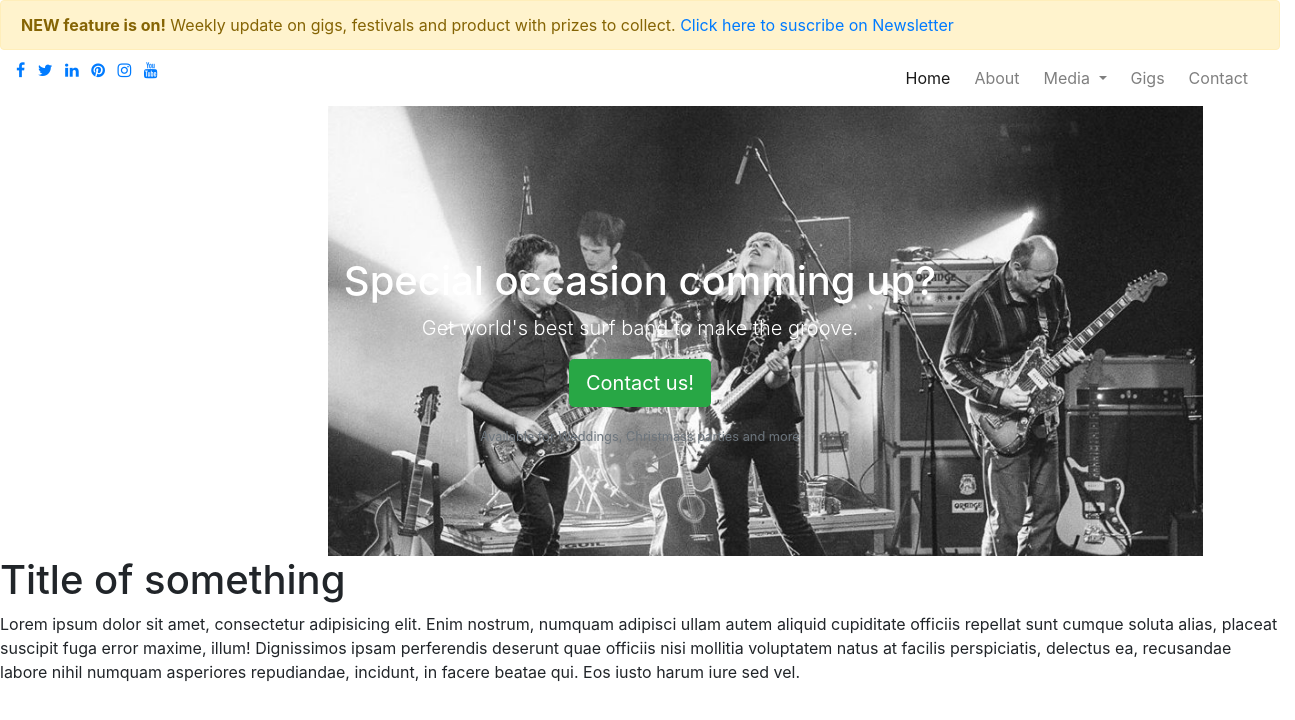
Repository: NamcorStudent/Stream_1_Project_HTML5-CSS3
Page: index.html
The author's editor kept a record of every edit. The page is drawn from the files as they stood at one moment, then again after the next edit.
The browser window is 1280 px wide. The page is 1295 px wide, so the pictures cover 1295 px, including what lies to the right of the window. The pictures show the whole page.
Some web libraries are served in a nearby version.

Above is the page before.

### index.html
<!DOCTYPE html>
<html lang="en">

<head>
    <meta charset="UTF-8">
    <meta name="viewport" content="width=device-width, initial-scale=1.0">
    <meta http-equiv="X-UA-Compatible" content="ie=edge">
    <link rel="stylesheet" href="https://maxcdn.bootstrapcdn.com/bootstrap/4.2.1/css/bootstrap.min.css" type="text/css" />
    <link rel="stylesheet" href="https://maxcdn.bootstrapcdn.com/font-awesome/4.7.0/css/font-awesome.min.css" type="text/css" />
    <link rel="stylesheet" href="assets/css/style.css" type="text/css" />
    <title>The Bambi Molesters | Official</title>
</head>

<body>
    <!--Alert for subscription-->
    <div class="container-fluid alert-container">
        <div class="row d-none d-sm-block">
            <div class="col-12">
                <div class="alert alert-warning">
                    <strong>NEW feature is on!</strong> Weekly update on gigs, festivals and product with prizes to collect. <a href="#" data-toggle="modal" data-target="#signUpModal">Click here to suscribe on Newsletter</a>
                </div>
            </div>
        </div>
    </div>
    <!--Nav-->
    <nav class="navbar navbar-light navbar-expand-sm ">
        <div class="social-links mr-auto">
            <ul class="list-inline social-links">
                <li class="list-inline-item">
                    <a target="_blank" href="#">
                            <i class="fa fa-facebook" aria-hidden="true"></i>
                            <span class="sr-only">Facebook</span>
                        </a>
                </li>
                <li class="list-inline-item">
                    <a target="_blank" href="#">
                            <i class="fa fa-twitter" aria-hidden="true"></i>
                            <span class="sr-only">Twitter</span>
                        </a>
                </li>
                <li class="list-inline-item">
                    <a target="_blank" href="#">
                            <i class="fa fa-linkedin" aria-hidden="true"></i>
                            <span class="sr-only">LinkedIn</span>
                        </a>
                </li>
                <li class="list-inline-item">
                    <a target="_blank" href="#">
                            <i class="fa fa-pinterest" aria-hidden="true"></i>
                            <span class="sr-only">Pinterest</span>
                        </a>
                </li>
                <li class="list-inline-item">
                    <a target="_blank" href="#">
                            <i class="fa fa-instagram" aria-hidden="true"></i>
                            <span class="sr-only">Instagram</span>
                        </a>
                </li>
                <li class="list-inline-item">
                    <a target="_blank" href="#">
                            <i class="fa fa-youtube" aria-hidden="true"></i>
                            <span class="sr-only">YouTube</span>
                        </a>
                </li>
            </ul>
        </div>
        <button class="navbar-toggler" type="button" data-toggle="collapse" data-target="#navbarTogglerDropdown" aria-controls="navbarTogglerDemo02" aria-expanded="false" aria-label="Toggle navigation">
            <span class="navbar-toggler-icon"></span>
            </button>

        <div class="collapse navbar-collapse" id="navbarTogglerDropdown">
            <ul class="navbar-nav ml-auto">
                <li class="active nav-item mr-2"><a class="nav-link" href="/">Home</a></li>
                <li class="nav-item mr-2"><a class="nav-link" href="">About</a></li>
                <li class="nav-item dropdown mr-2">
                    <a class="nav-link dropdown-toggle" href="#" id="navbarDropdownMenuLink" role="button" data-toggle="dropdown" aria-haspopup="true" aria-expanded="false">
          Media
        </a>
                    <div class="dropdown-menu" aria-labelledby="navbarDropdownMenuLink">
                        <a class="dropdown-item" href="#">Video</a>
                        <a class="dropdown-item" href="#">Music</a>
                        <a class="dropdown-item" href="#">Gallery</a>
                    </div>
                </li>
                <li class="nav-item mr-2"><a class="nav-link" href="">Gigs</a></li>
                <li class="nav-item mr-2"><a class="nav-link" href="">Contact</a></li>
                <li class="nav-item mr-2 d-block d-sm-none"><a class="nav-link" href="#" data-toggle="modal" data-target="#signUpModal">Suscribe!!!</a></li>
            </ul>
        </div>
    </nav>


    <!-- Callout -->
    <div class="container-fluid callout-container">

        <div class="row">
            <div class="col-12 hero-image">
                <img src="assets/images/index960x640.jpg"></img>
            </div>
            <div class=" col-12 callout jumbotron text-center">
                <h1>Special occasion comming up?</h1>
                <p class="lead">Get world's best surf band to make the groove.</p>
                <p><button class="btn btn-lg btn-success" data-toggle="modal" data-target="#signUpModal">Contact us!</button></p>
                <p class="text-muted"><small>Available for Weddings, Christmass parties and more</small></p>
            </div>
        </div>
    </div>
    <!-- /.callout -->

    <!-- Provisional Content-->
    <div class="conteiner content">
        <h1>Title of something</h1>
        <p>Lorem ipsum dolor sit amet, consectetur adipisicing elit. Enim nostrum, numquam adipisci ullam autem aliquid cupiditate officiis repellat sunt cumque soluta alias, placeat suscipit fuga error maxime, illum! Dignissimos ipsam perferendis deserunt quae officiis nisi mollitia voluptatem natus at facilis perspiciatis, delectus ea, recusandae labore nihil numquam asperiores repudiandae, incidunt, in facere beatae qui. Eos iusto harum iure sed vel.</p>
    </div>

    <!---Modal for subscription-->
    <div class="modal" tabindex="-1" role="dialog" id="signUpModal">
        <div class="modal-dialog" role="document">
            <div class="modal-content">
                <div class="modal-header">
                    <h5 class="modal-title">Sign Up To Whiskey Drop!</h5>
                    <button type="button" class="close" data-dismiss="modal" aria-label="Close">
          <span aria-hidden="true">&times;</span>
        </button>
                </div>
                <div class="modal-body">
                    <form>
                        <div class="form-group">
                            <label for="exampleInputEmail1">Email address</label>
                            <input type="email" class="form-control" id="exampleInputEmail1" aria-describedby="emailHelp" placeholder="Enter email">
                            <small id="emailHelp" class="form-text text-muted">We'll never share your email with anyone else.</small>
                        </div>
                        <div class="form-group">
                            <label for="password">Password</label>
                            <input type="password" class="form-control" id="password" placeholder="Password">
                        </div>
                        <div class="form-group">
                            <label for="repeatPassword">Repeat Password</label>
                            <input type="password" class="form-control" id="repeatPassword" placeholder="Repeat Password">
                        </div>
                        <button type="submit" class="btn btn-success">Submit</button>
                    </form>
                </div>
            </div>
        </div>
    </div>

    <script src="https://code.jquery.com/jquery-3.3.1.slim.min.js" integrity="sha384-q8i/X+965DzO0rT7abK41JStQIAqVgRVzpbzo5smXKp4YfRvH+8abtTE1Pi6jizo" crossorigin="anonymous"></script>
    <script src="https://cdnjs.cloudflare.com/ajax/libs/popper.js/1.14.7/umd/popper.min.js" integrity="sha384-UO2eT0CpHqdSJQ6hJty5KVphtPhzWj9WO1clHTMGa3JDZwrnQq4sF86dIHNDz0W1" crossorigin="anonymous"></script>
    <script src="https://stackpath.bootstrapcdn.com/bootstrap/4.3.1/js/bootstrap.min.js" integrity="sha384-JjSmVgyd0p3pXB1rRibZUAYoIIy6OrQ6VrjIEaFf/nJGzIxFDsf4x0xIM+B07jRM" crossorigin="anonymous"></script>
</body>

</html>

### assets/css/style.css
@import url('https://fonts.googleapis.com/css?family=Oswald:100,200,300,400,500,600,700,800,900 | Ubuntu: 100,200,300,400,500,600,700,800,900');

.alert-container {
    padding: 0;
    margin: 0;
    border: 0;
}

.alert-warning {
    margin: 0;
}

.nav {
    background-color: #fff;
}

.callout-container {
    /*height: 80vh;*/
    max-height: 450px;
    overflow: hidden;
}

.callout-container img {
    width: 70%;
    margin-left: 25%;
}

.hero-image {
    position: relative;
    left: 0;

}

.jumbotron {
    position: absolute;
    background-color: transparent;
    color: white;
    margin: 0;
    top: 50%;
    -moz-transform: translateY(-50%);
    -webkit-transform: translateY(-50%);
    -o-transform: translateY(-50%);
    transform: translateY(-50%);
}

After the next edit:
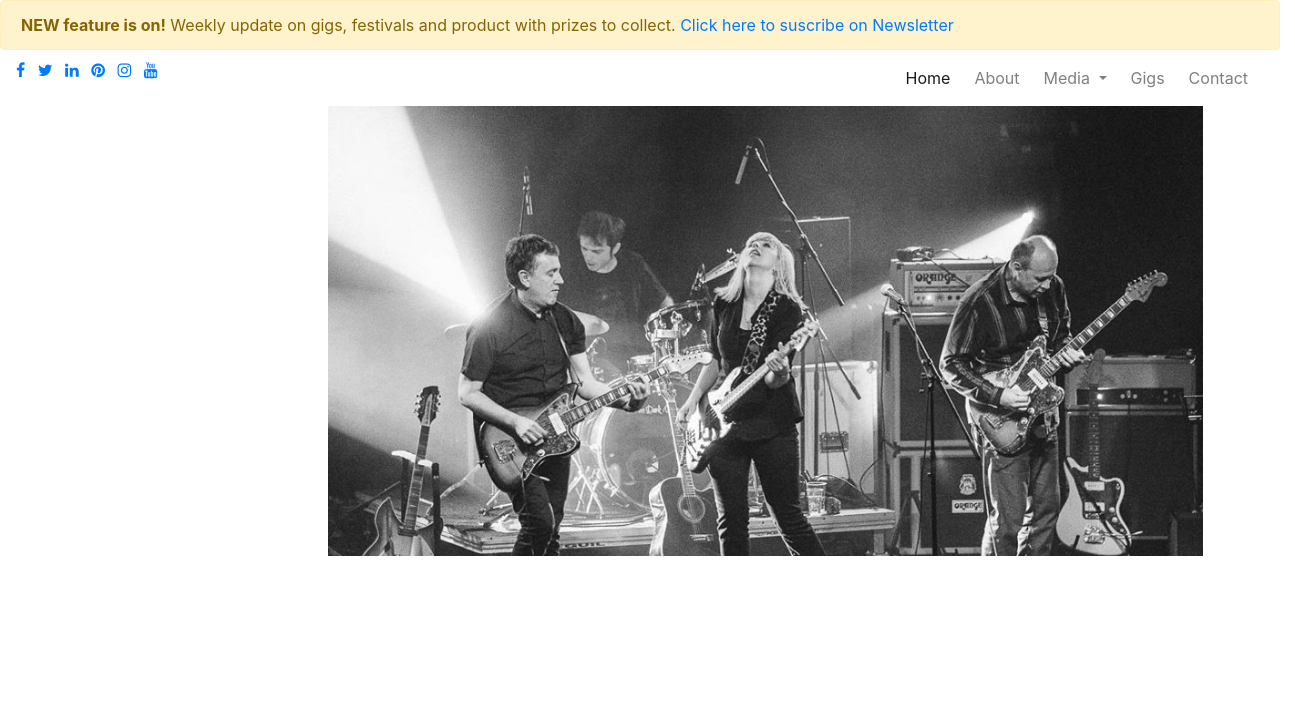
The edit:
--- a/index.html
+++ b/index.html
@@ -97,7 +97,7 @@
             <div class="col-12 hero-image">
                 <img src="assets/images/index960x640.jpg"></img>
             </div>
-            <div class=" col-12 callout jumbotron text-center">
+        <!--    <div class=" col-12 callout jumbotron text-center">
                 <h1>Special occasion comming up?</h1>
                 <p class="lead">Get world's best surf band to make the groove.</p>
                 <p><button class="btn btn-lg btn-success" data-toggle="modal" data-target="#signUpModal">Contact us!</button></p>
